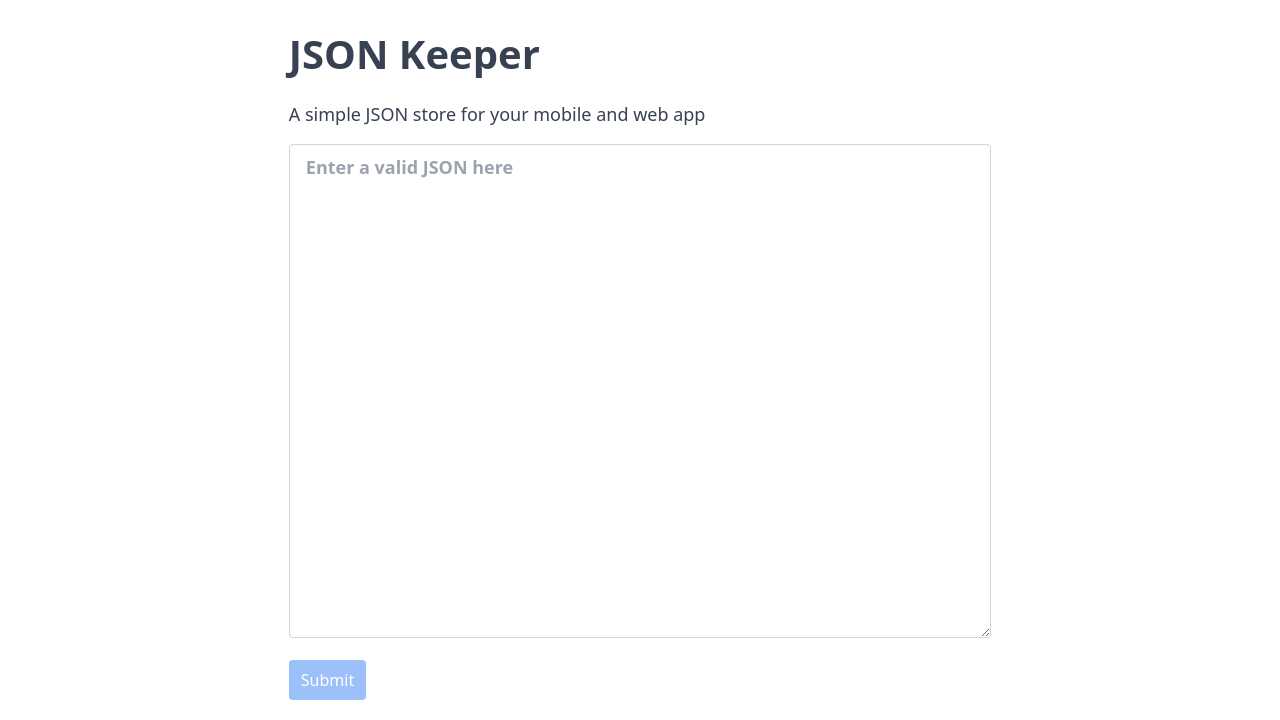
Repository: lakshithapramodya/jsonhub
Page: / (app in client/)
The author's editor kept a copy of each file at every save. The page is drawn from the files as they stood at one save, then again after the next save.
The browser window is 1280 px wide. The pictures show the whole page.
The page's requests for data from a server got no answer. The project was rebuilt for these pictures with package versions that can differ from the ones it lists, and the page was loaded fresh each time. No one was signed in, and anything a server would have sent is missing. Also part of the build but not shown: client/src/HandleJsonData.js.

Above is the page before, as saved 2023-05-10 12:37:41.

After the next save:
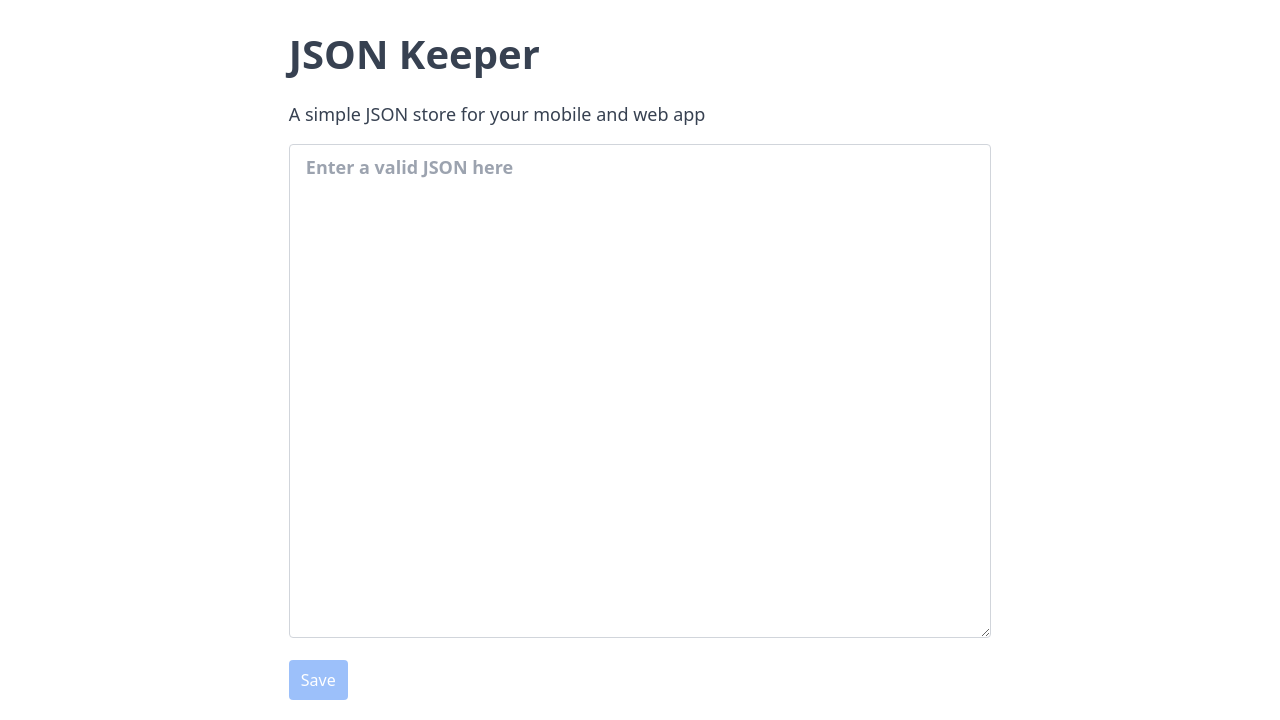
Saved 22 s later.
--- a/client/src/App.js
+++ b/client/src/App.js
@@ -60,7 +60,7 @@ function App() {
             disabled={!isJsonString(input)}
             type="submit"
           >
-            Submit
+            Save
           </button>
         </form>
       </div>
